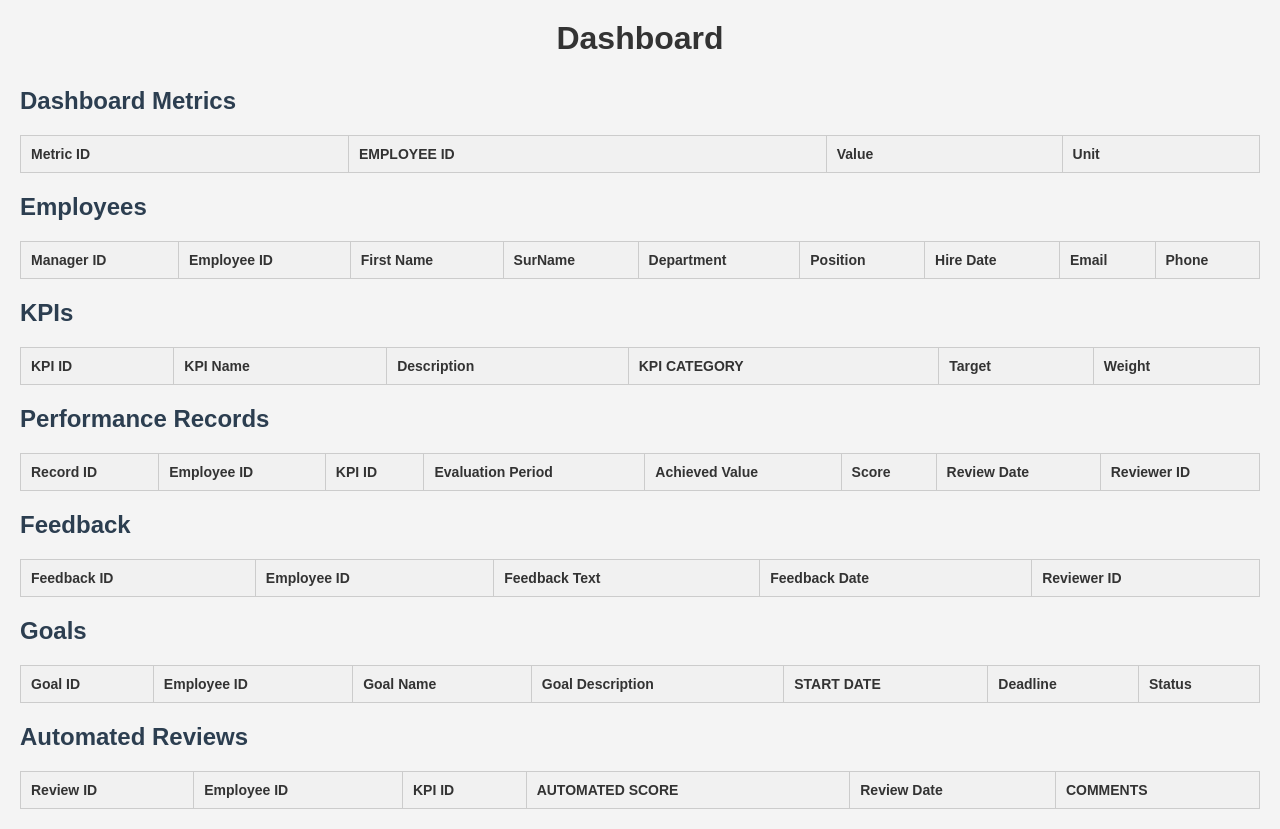
Repository: Wuda2000/Mongodb
Page: http://localhost/dashboard
An editor plug-in stored every save of this project. The page is shown before and after a run of saves, followed by the edit.
The browser window is 1280 px wide. The pictures show the whole page.
The page is served by the project's application, run on Flask 3 (app.py). Queries for data that is not in the repository find no rows.

Above is the page before, as saved 2024-11-11 18:51:34.

### templates/dashboard.html
<!DOCTYPE html>
<html lang="en">
<head>
    <meta charset="UTF-8">
    <meta name="viewport" content="width=device-width, initial-scale=1.0">
    <title>Dashboard</title>
    <link rel="stylesheet" href="{{ url_for('static', filename='styles.css') }}">
</head>
<body>
    <h1>Dashboard</h1>


    <!-- Dashboard Metrics Table -->
    <h2>Dashboard Metrics</h2>
    <table border="1">
        <thead>
            <tr>
                <th>Metric ID</th>
                <th>EMPLOYEE ID</th>
                <th>Value</th>
                <th>Unit</th>
            </tr>
        </thead>
        <tbody>
            {% for metric in dashboard_metrics %}
                <tr>
                    <td>{{ metric['metric_id'] }}</td>
                    <td>{{ metric['employee_id'] }}</td>
                    <td>{{ metric['Value'] }}</td>
                    <td>{{ metric['Unit'] }}</td>
                </tr>
            {% endfor %}
        </tbody>
    </table>

    <!-- Employees Table -->
    <h2>Employees</h2>
    <table border="1">
        <thead>
            <tr>
                <th>Manager ID</th>
                <th>Employee ID</th>
                <th>First Name</th>
                <th>SurName</th>
                <th>Department</th>
                <th>Position</th>
                <th>Hire Date</th>
                <th>Email</th>
                <th>Phone</th>
            </tr>
        </thead>
        <tbody>
            {% for employee in employees %}
                <tr>
                    <td>{{ employee['manager_id'] }}</td>
                    <td>{{ employee['employee_id'] }}</td>
                    <td>{{ employee['first_name'] }}</td>
                    <td>{{ employee['last_name'] }}</td>
                    <td>{{ employee['department'] }}</td>
                    <td>{{ employee['position'] }}</td>
                    <td>{{ employee['date_hired'] }}</td>
                    <td>{{ employee['email'] }}</td>
                    <td>{{ employee['phone'] }}</td>
                </tr>
            {% endfor %}
        </tbody>
    </table>

    <!-- KPIs Table -->
    <h2>KPIs</h2>
    <table border="1">
        <thead>
            <tr>
                <th>KPI ID</th>
                <th>KPI Name</th>
                <th>Description</th>
                <th>KPI CATEGORY</th>
                <th>Target</th>
                <th>Weight</th>
            </tr>
        </thead>
        <tbody>
            {% for kpi in kpis %}
                <tr>
                    <td>{{ kpi['kpi_id'] }}</td>
                    <td>{{ kpi['kpi_name'] }}</td>
                    <td>{{ kpi['description'] }}</td>
                    <td>{{ kpi['kpi_category'] }}</td>
                    <td>{{ kpi['target_value'] }}</td>
                    <td>{{ kpi['weight'] }}</td>
                </tr>
            {% endfor %}
        </tbody>
    </table>

    <!-- Performance Records Table -->
    <h2>Performance Records</h2>
    <table border="1">
        <thead>
            <tr>
                <th>Record ID</th>
                <th>Employee ID</th>
                <th>KPI ID</th>
                <th>Evaluation Period</th>
                <th>Achieved Value</th>
                <th>Score</th>
                <th>Review Date</th>
                <th>Reviewer ID</th>
            </tr>
        </thead>
        <tbody>
            {% for record in performance_records %}
                <tr>
                    <td>{{ record['Record ID'] }}</td>
                    <td>{{ record['Employee ID'] }}</td>
                    <td>{{ record['KPI ID'] }}</td>
                    <td>{{ record['Evaluation Period'] }}</td>
                    <td>{{ record['Achieved Value'] }}</td>
                    <td>{{ record['Score'] }}</td>
                    <td>{{ record['Review Date'] }}</td>
                    <td>{{ record['Reviewer ID'] }}</td>
                </tr>
            {% endfor %}
        </tbody>
    </table>

    <!-- Feedback Table -->
    <h2>Feedback</h2>
    <table border="1">
        <thead>
            <tr>
                <th>Feedback ID</th>
                <th>Employee ID</th>
                <th>Feedback Text</th>
                <th>Feedback Date</th>
                <th>Reviewer ID</th>
            </tr>
        </thead>
        <tbody>
            {% for feedback in feedbacks %}
                <tr>
                    <td>{{ feedback['Feedback ID'] }}</td>
                    <td>{{ feedback['Employee ID'] }}</td>
                    <td>{{ feedback['Feedback Text'] }}</td>
                    <td>{{ feedback['Feedback Date'] }}</td>
                    <td>{{ feedback['Reviewer ID'] }}</td>
                </tr>
            {% endfor %}
        </tbody>
    </table>

    <!-- Goals Table -->
    <h2>Goals</h2>
    <table border="1">
        <thead>
            <tr>
                <th>Goal ID</th>
                <th>Employee ID</th>
                <th>Goal Name</th>
                <th>Goal Description</th>
                <th>START DATE</th>
                <th>Deadline</th>
                <th>Status</th>
            </tr>
        </thead>
        <tbody>
            {% for goal in goals %}
                <tr>
                    <td>{{ goal['goal_id'] }}</td>
                    <td>{{ goal['employee_id'] }}</td>
                    <td>{{ goal['kpi_id'] }}</td>
                    <td>{{ goal['goal_description'] }}</td>
                    <td>{{ goal['goal_start_date'] }}</td>
                    <td>{{ goal['goal_due_date'] }}</td>
                    <td>{{ goal['goal_status'] }}</td>
                </tr>
            {% endfor %}
        </tbody>
    </table>

    <!-- Automated Reviews Table -->
    <h2>Automated Reviews</h2>
    <table border="1">
        <thead>
            <tr>
                <th>Review ID</th>
                <th>Employee ID</th>
                <th>KPI ID</th>
                <th>AUTOMATED SCORE</th>
                <th>Review Date</th>
                <th>COMMENTS</th>
            </tr>
        </thead>
        <tbody>
            {% for review in automated_reviews %}
                <tr>
                    <td>{{ review['review_id'] }}</td>
                    <td>{{ review['employee_id'] }}</td>
                    <td>{{ review['kpi_id'] }}</td>
                    <td>{{ review['automated_score'] }}</td>
                    <td>{{ review['review_date'] }}</td>
                    <td>{{ review['comments'] }}</td>
                </tr>
            {% endfor %}
        </tbody>
    </table>



</body>
</html>

### app.py
from flask import Flask, render_template
from pymongo import MongoClient

app = Flask(__name__)

# Connect to MongoDB
client = MongoClient('mongodb://localhost:27017/')
db = client['companyDB']

# Access the collections
employees_collection = db['Employees']
kpis_collection = db['KPIs']
performance_records_collection = db['Performance Records']
feedback_collection = db['Feedback']
goals_collection = db['Goals']
automated_reviews_collection = db['Automated Reviews']
dashboard_metrics_collection = db['Dashboard Metrics']

# Route for the home page to display employees
@app.route('/')
def index():
    employees = list(employees_collection.find())
    return render_template('index.html', employees=employees)

# Route to display KPIs
@app.route('/kpis')
def display_kpis():
    kpis = list(kpis_collection.find())
    return render_template('kpis.html', kpis=kpis)

# Route to display Performance Records
@app.route('/performance-records')
def display_performance_records():
    performance_records = list(performance_records_collection.find())
    return render_template('performance_records.html', performance_records=performance_records)

# Route to display Feedback
@app.route('/feedback')
def display_feedback():
    feedbacks = list(feedback_collection.find())
    return render_template('feedback.html', feedbacks=feedbacks)

# Route to display Goals
@app.route('/goals')
def display_goals():
    goals = list(goals_collection.find())
    return render_template('goals.html', goals=goals)

# Route to display Automated Reviews
@app.route('/automated-reviews')
def display_automated_reviews():
    automated_reviews = list(automated_reviews_collection.find())
    return render_template('automated_reviews.html', automated_reviews=automated_reviews)

# Route to display Dashboard Metrics
@app.route('/dashboard-metrics')
def display_dashboard_metrics():
    dashboard_metrics = list(dashboard_metrics_collection.find())
    return render_template('dashboard_metrics.html', dashboard_metrics=dashboard_metrics)

# New route to display everything on one page (Dashboard)
@app.route('/dashboard')
def dashboard():
    # Fetch data from MongoDB collections
    employees = list(employees_collection.find())
    kpis = list(kpis_collection.find())
    performance_records = list(performance_records_collection.find())
    feedbacks = list(feedback_collection.find())
    goals = list(goals_collection.find())
    automated_reviews = list(automated_reviews_collection.find())
    dashboard_metrics = list(dashboard_metrics_collection.find())

    # Pass all data to the dashboard.html template
    return render_template('dashboard.html',
                           employees=employees,
                           kpis=kpis,
                           performance_records=performance_records,
                           feedbacks=feedbacks,
                           goals=goals,
                           automated_reviews=automated_reviews,
                           dashboard_metrics=dashboard_metrics)

if __name__ == '__main__':
    app.run(debug=True)

### static/styles.css
/* Basic reset */
* {
    margin: 0;
    padding: 0;
    box-sizing: border-box;
}

/* Body styling */
body {
    font-family: Arial, sans-serif;
    background-color: #f4f4f4;
    margin: 20px;
}

/* Header styling */
h1 {
    color: #333;
    text-align: center;
    margin-bottom: 30px;
}

h2 {
    color: #555;
    margin-top: 20px;
    font-size: 1.5em;
}

/* Table styling */

table {
    width: 100%;
    margin: 20px 0;
    border-collapse: collapse;
    background-color: white;
}

table, th, td {
    border: 1px solid #ccc;
    padding: 10px;
}

th {
    background-color: #f1f1f1;
    color: #333;
    text-align: left;
}

td {
    color: #555;
}

/* Table hover effect */
tr:hover {
    background-color: #f9f9f9;
}

/* Make sure the content is not too small */
table td, table th {
    font-size: 14px;
    word-wrap: break-word;
}

/* Make the page more readable */
table {
    max-width: 100%;
    overflow-x: auto;
}

h2 {
    font-size: 1.5em;
    color: #2c3e50;
}

After the next 2 saves:
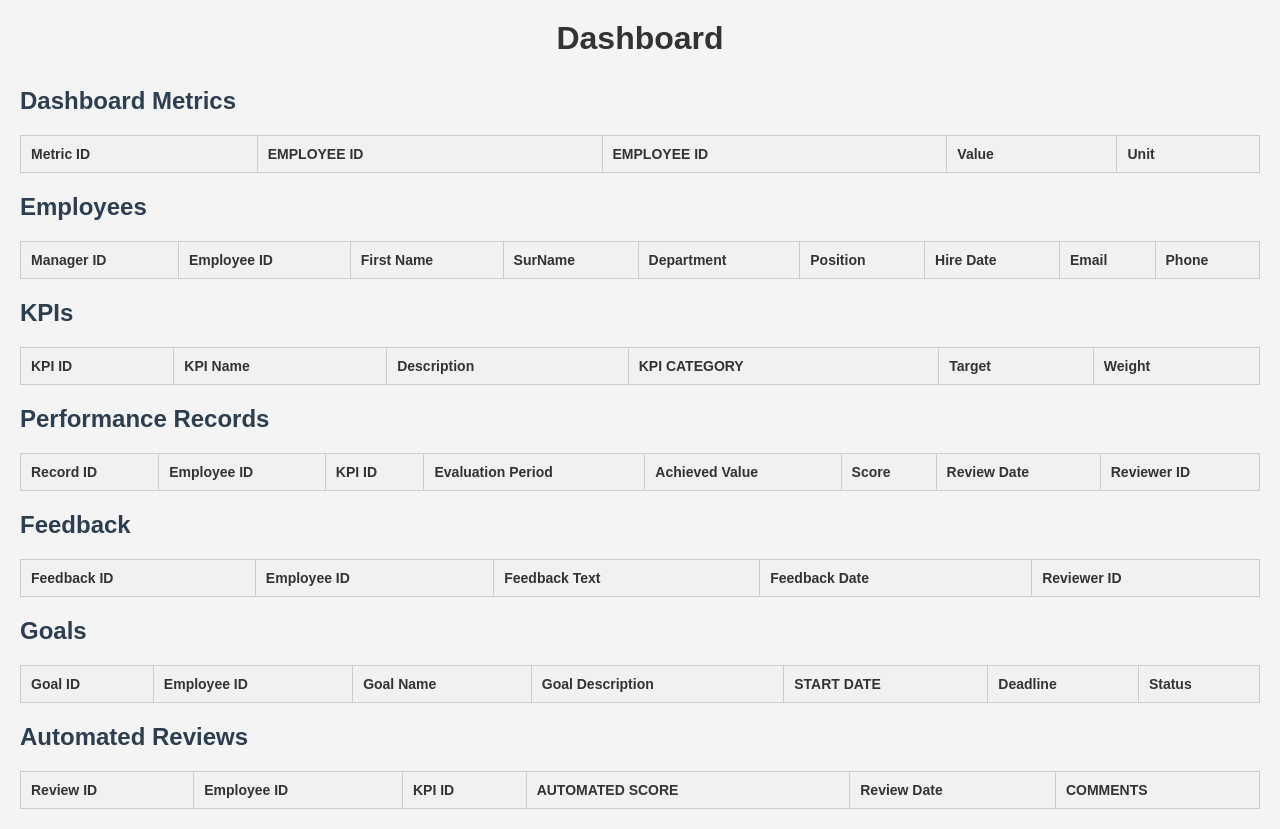
The 2 saves are shown as one change because they came seconds apart.
The last was saved 10 s later.
--- a/templates/dashboard.html
+++ b/templates/dashboard.html
@@ -17,6 +17,7 @@
             <tr>
                 <th>Metric ID</th>
                 <th>EMPLOYEE ID</th>
+                <th>EMPLOYEE ID</th>
                 <th>Value</th>
                 <th>Unit</th>
             </tr>
